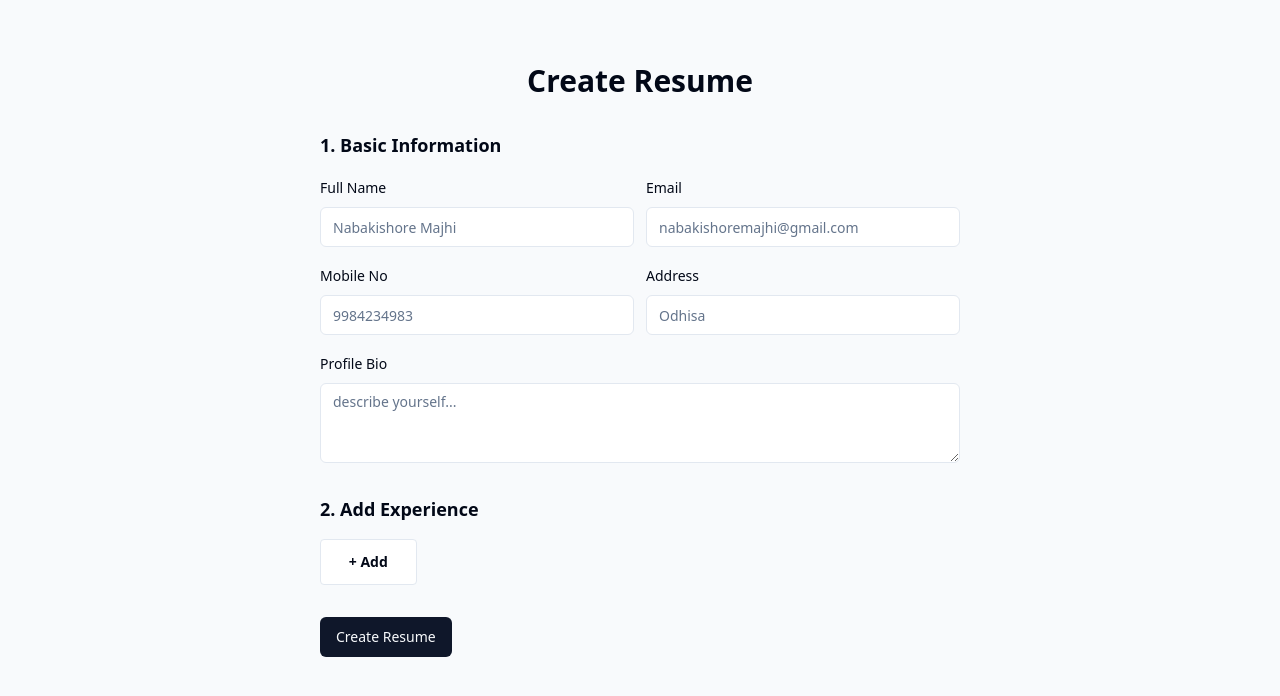
Repository: nickgoel31/resume-maker
Page: /create-resume
These files come from the project's save history. The page is drawn as it stood at one moment and after the next save; the edit follows.
The browser window is 1280 px wide. The pictures show the whole page.
The project was rebuilt for these pictures with package versions that can differ from the ones it lists, and the page was loaded fresh each time. The framework's server and built-in components were replaced by stand-ins that run in the browser. Also part of the build but not shown: next.config.mjs.

Above is the page before, as saved 2024-03-19 13:58:28.

After the next save:
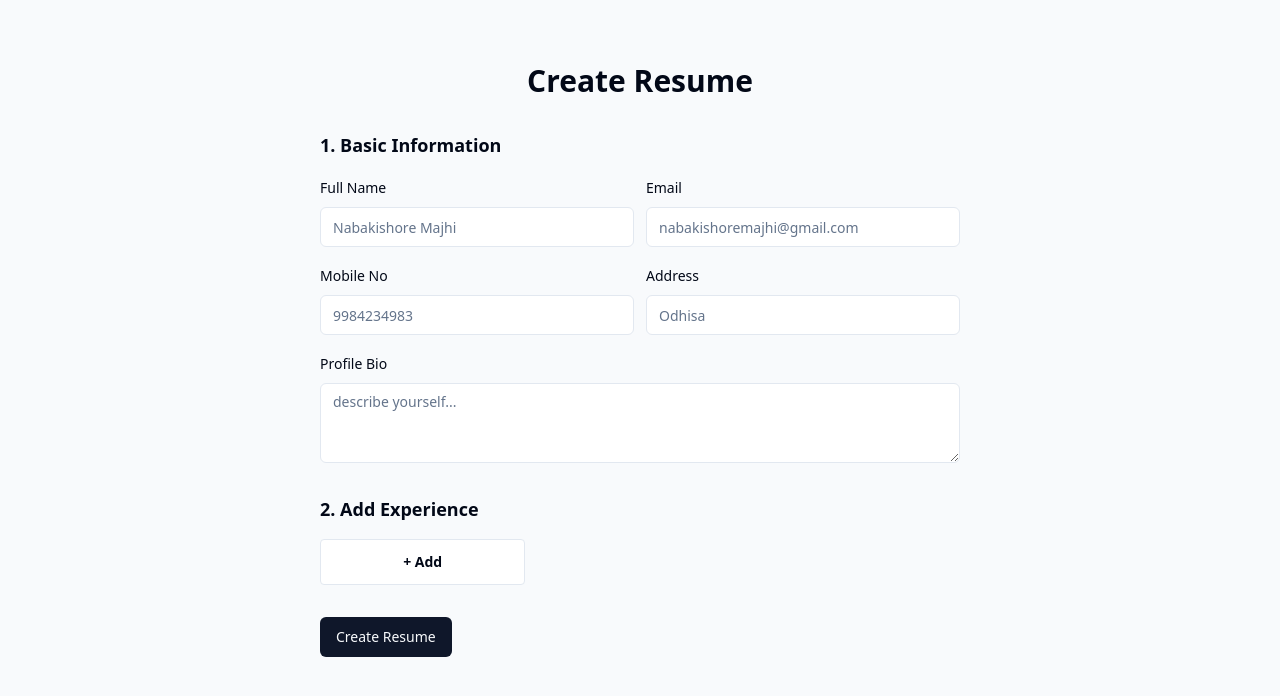
Saved 10 s later.
--- a/app/(main)/create-resume/page.tsx
+++ b/app/(main)/create-resume/page.tsx
@@ -159,7 +159,7 @@ const CreateResumePage = () => {
                 <div className="section-1 space-y-4">
                     <h3 className="text-semibold font-semibold text-lg">2. Add Experience</h3>
 
-                    <div className="grid grid-cols-6 w-full gap-3">
+                    <div className="grid grid-cols-3 w-full gap-3">
                         {experiences.map((experience, index) => (
                             <div className="add-btn rounded border p-3 bg-white text-sm font-semibold flex gap-4 items-center justify-between">
                                 <div>
